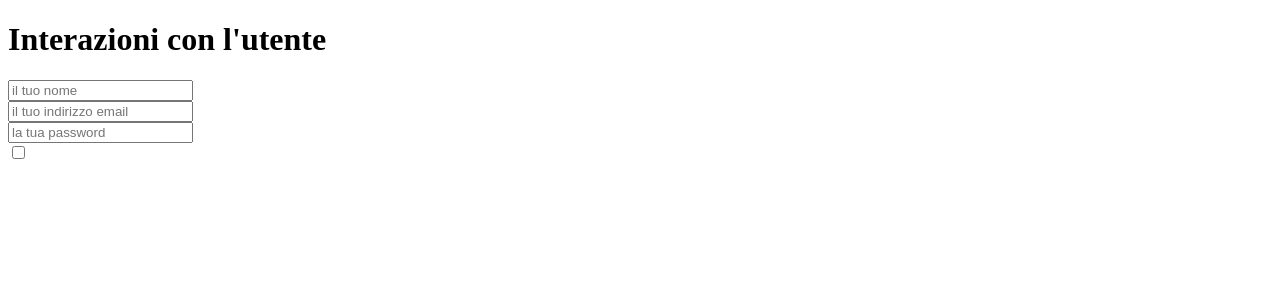
Repository: daniells-21/Pre-Corso-Ch2
Page: Pre-Corso.Ch2/index.html
These files come from the project's save history. The page is drawn as it stood at one moment and after the next save; the edit follows.
The browser window is 1280 px wide. The pictures show the whole page.

Above is the page before, as saved 2023-04-12 12:38:09.

### Pre-Corso.Ch2/index.html
<!DOCTYPE html>
<html lang="en">
<head>
    <meta charset="UTF-8">
    <meta http-equiv="X-UA-Compatible" content="IE=edge">
    <meta name="viewport" content="width=device-width, initial-scale=1.0">
    <title>Form e input fields</title>
</head>
<body>
    <h1>Interazioni con l'utente</h1>
    <div>
        <input type="text" placeholder="il tuo nome"/>
    </div>
    <div>
        <input type="email" placeholder="il tuo indirizzo email"/>
    </div>
    <div>
        <input type="password" placeholder="la tua password"/>
    </div>
    <div>
        <input type="checkbox" placeholder="la tua password"/>
    </div>
</body>
</html>

After the next save:
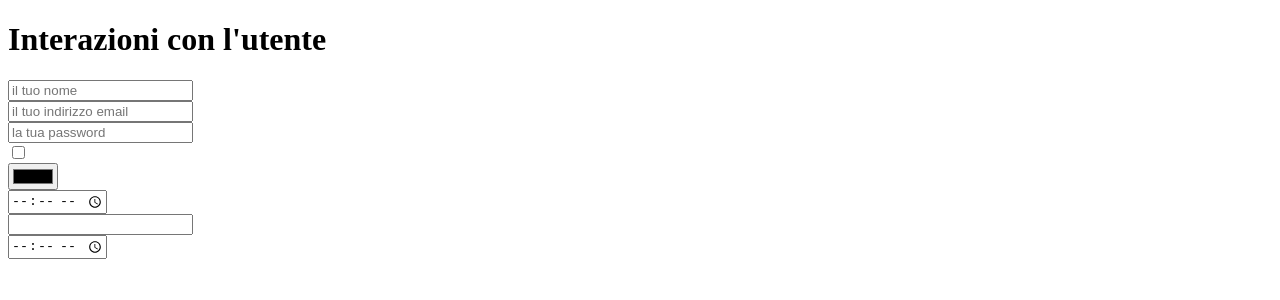
Saved 81 s later.
--- a/Pre-Corso.Ch2/index.html
+++ b/Pre-Corso.Ch2/index.html
@@ -18,7 +18,19 @@
         <input type="password" placeholder="la tua password"/>
     </div>
     <div>
-        <input type="checkbox" placeholder="la tua password"/>
+        <input type="checkbox"/>
+    </div>
+    <div>
+        <input type="color"/>
+    </div>
+    <div>
+        <input type="time"/>
+    </div>
+    <div>
+        <input type="date-time picker"/>
+    </div>
+    <div>
+        <input type="time"/>
     </div>
 </body>
 </html>
